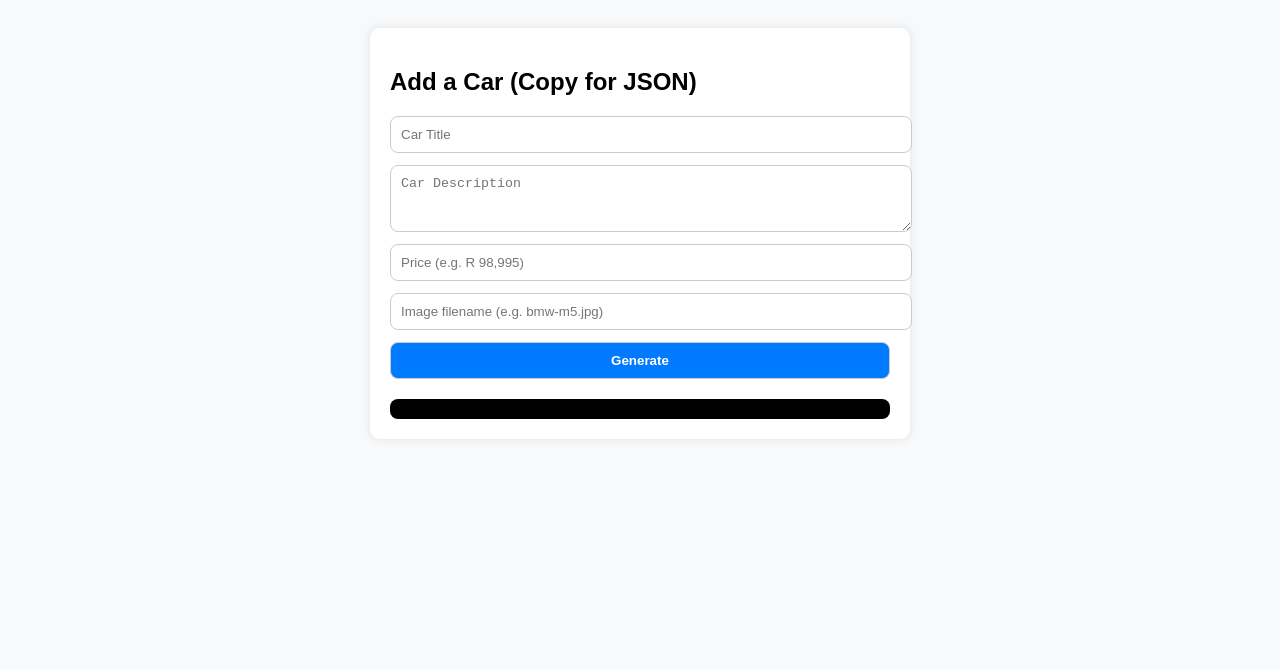
Repository: The-man-of-books/BNA2
Page: admin.html
These files come from the project's save history. The page is drawn as it stood at one moment and after the next save; the edit follows.
The browser window is 1280 px wide. The pictures show the whole page.

Above is the page before, as saved 2025-07-03 15:09:06.

### admin.html
<!DOCTYPE html>
<html lang="en">
<head>
  <meta charset="UTF-8">
  <title>Quick Car Uploader</title>
  <meta name="viewport" content="width=device-width, initial-scale=1">
  <style>
    body {
      font-family: Arial, sans-serif;
      background: #f8f9fa;
      padding: 20px;
    }
    .form-container {
      background: white;
      max-width: 500px;
      margin: auto;
      padding: 20px;
      border-radius: 10px;
      box-shadow: 0 0 10px rgba(0,0,0,0.1);
    }
    input, textarea, button {
      display: block;
      width: 100%;
      margin-bottom: 12px;
      padding: 10px;
      border: 1px solid #ccc;
      border-radius: 8px;
    }
    button {
      background: #007bff;
      color: white;
      font-weight: bold;
      cursor: pointer;
    }
    #output {
      background: #000;
      color: #0f0;
      padding: 10px;
      margin-top: 20px;
      font-family: monospace;
      white-space: pre-wrap;
      border-radius: 8px;
    }
  </style>
</head>
<body>
  <div class="form-container">
    <h2>Add a Car (Copy for JSON)</h2>
    <form id="carForm">
      <input type="text" id="title" placeholder="Car Title" required />
      <textarea id="desc" placeholder="Car Description" rows="3" required></textarea>
      <input type="text" id="price" placeholder="Price (e.g. R 98,995)" required />
      <input type="text" id="image" placeholder="Image filename (e.g. bmw-m5.jpg)" required />
      <button type="submit">Generate</button>
    </form>

    <div id="output"></div>
  </div>

  <script>
    const form = document.getElementById("carForm");
    const output = document.getElementById("output");

    form.addEventListener("submit", function(e) {
      e.preventDefault();

      const title = document.getElementById("title").value.trim();
      const desc = document.getElementById("desc").value.trim();
      const price = document.getElementById("price").value.trim();
      const image = "images/" + document.getElementById("image").value.trim();

      const car = {
        title,
        desc,
        price,
        image
      };

      output.textContent = JSON.stringify(car, null, 2);
      alert("✅ Car object generated. Copy and paste it into cars.json!");
    });
  </script>
</body>
</html>

After the next save:
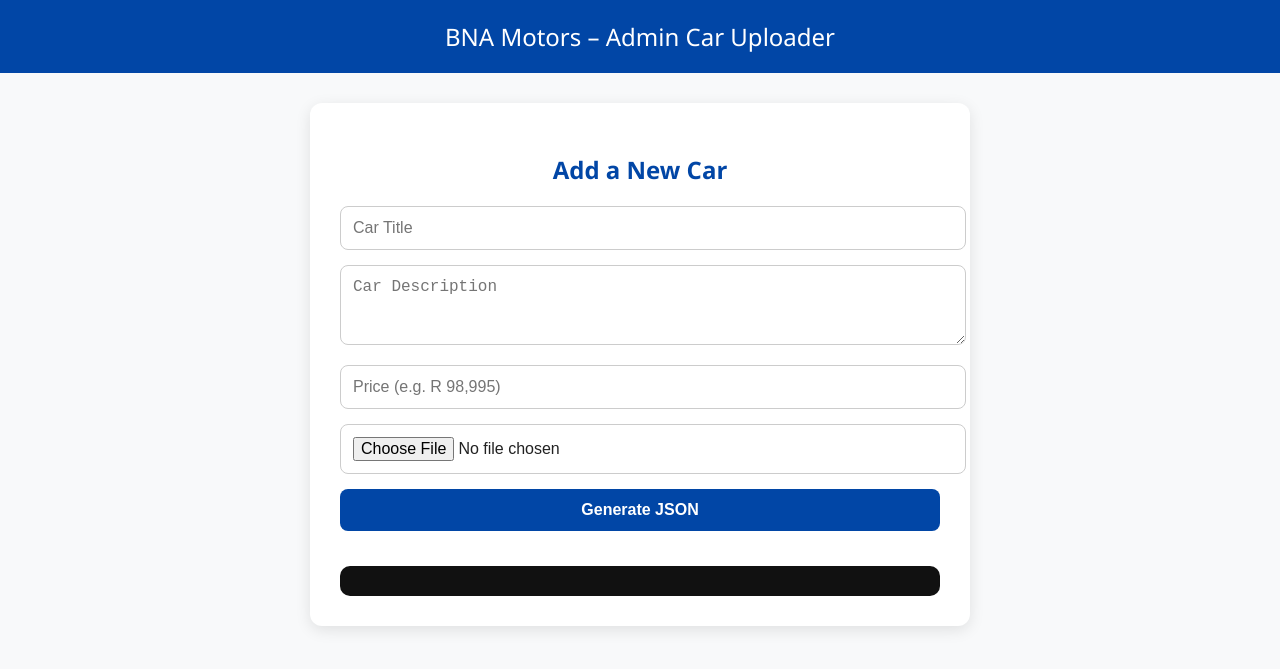
Saved 7 min 5 s later.
--- a/admin.html
+++ b/admin.html
@@ -1,57 +1,93 @@
 <!DOCTYPE html>
 <html lang="en">
 <head>
-  <meta charset="UTF-8">
-  <title>Quick Car Uploader</title>
-  <meta name="viewport" content="width=device-width, initial-scale=1">
+  <meta charset="UTF-8" />
+  <title>BNA Admin Panel</title>
+  <meta name="viewport" content="width=device-width, initial-scale=1" />
   <style>
+    :root {
+      --bna-blue: #0146a6;
+      --bna-dark: #0d1b2a;
+      --bna-light: #f8f9fa;
+    }
+
     body {
-      font-family: Arial, sans-serif;
-      background: #f8f9fa;
+      font-family: 'Segoe UI', sans-serif;
+      background: var(--bna-light);
+      color: #222;
+      padding: 0;
+      margin: 0;
+    }
+
+    header {
+      background: var(--bna-blue);
+      color: white;
       padding: 20px;
+      text-align: center;
+      font-size: 1.5rem;
     }
-    .form-container {
+
+    .admin-form {
+      max-width: 600px;
       background: white;
-      max-width: 500px;
-      margin: auto;
-      padding: 20px;
-      border-radius: 10px;
-      box-shadow: 0 0 10px rgba(0,0,0,0.1);
+      margin: 30px auto;
+      padding: 30px;
+      border-radius: 12px;
+      box-shadow: 0 4px 15px rgba(0, 0, 0, 0.1);
     }
-    input, textarea, button {
-      display: block;
+
+    .admin-form h2 {
+      text-align: center;
+      margin-bottom: 20px;
+      color: var(--bna-blue);
+    }
+
+    .admin-form input,
+    .admin-form textarea,
+    .admin-form button {
       width: 100%;
-      margin-bottom: 12px;
-      padding: 10px;
+      padding: 12px;
+      margin-bottom: 15px;
+      border-radius: 8px;
       border: 1px solid #ccc;
-      border-radius: 8px;
+      font-size: 16px;
     }
-    button {
-      background: #007bff;
+
+    .admin-form button {
+      background: var(--bna-blue);
       color: white;
+      border: none;
       font-weight: bold;
       cursor: pointer;
     }
+
+    .admin-form button:hover {
+      background: #003d91;
+    }
+
     #output {
-      background: #000;
+      background: #111;
       color: #0f0;
-      padding: 10px;
-      margin-top: 20px;
       font-family: monospace;
       white-space: pre-wrap;
-      border-radius: 8px;
+      padding: 15px;
+      margin-top: 20px;
+      border-radius: 10px;
+      font-size: 14px;
     }
   </style>
 </head>
 <body>
-  <div class="form-container">
-    <h2>Add a Car (Copy for JSON)</h2>
+  <header>BNA Motors – Admin Car Uploader</header>
+
+  <div class="admin-form">
+    <h2>Add a New Car</h2>
     <form id="carForm">
       <input type="text" id="title" placeholder="Car Title" required />
       <textarea id="desc" placeholder="Car Description" rows="3" required></textarea>
       <input type="text" id="price" placeholder="Price (e.g. R 98,995)" required />
-      <input type="text" id="image" placeholder="Image filename (e.g. bmw-m5.jpg)" required />
-      <button type="submit">Generate</button>
+      <input type="file" id="imageUpload" accept="image/*" required />
+      <button type="submit">Generate JSON</button>
     </form>
 
     <div id="output"></div>
@@ -67,17 +103,29 @@
       const title = document.getElementById("title").value.trim();
       const desc = document.getElementById("desc").value.trim();
       const price = document.getElementById("price").value.trim();
-      const image = "images/" + document.getElementById("image").value.trim();
+      const fileInput = document.getElementById("imageUpload");
+      const file = fileInput.files[0];
 
-      const car = {
-        title,
-        desc,
-        price,
-        image
+      if (!file) {
+        alert("Please select an image file.");
+        return;
+      }
+
+      const reader = new FileReader();
+      reader.onload = function() {
+        const fileName = file.name.split(/(\\|\/)/g).pop(); // extract just the filename
+        const car = {
+          title,
+          desc,
+          price,
+          image: "images/" + fileName
+        };
+
+        output.textContent = JSON.stringify(car, null, 2);
+        alert("✅ Car object generated. Upload image to /images/ and paste this into cars.json.");
       };
 
-      output.textContent = JSON.stringify(car, null, 2);
-      alert("✅ Car object generated. Copy and paste it into cars.json!");
+      reader.readAsDataURL(file); // This will also preview if needed
     });
   </script>
 </body>
